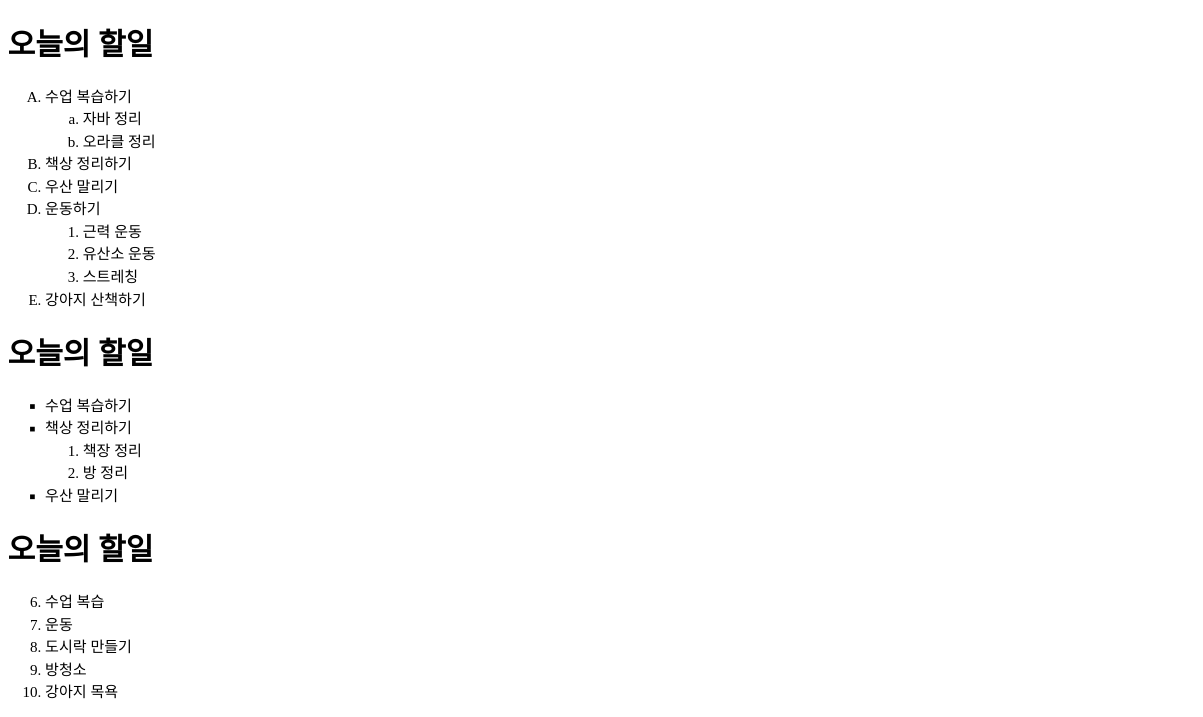
Repository: sujin9335/Front-end
Page: ClientTest/src/main/webapp/html/ex10_list.html
These files come from the project's save history. The page is drawn as it stood at one moment and after the next save; the edit follows.
The browser window is 1280 px wide. The pictures show the whole page, at 94% of full size.

Above is the page before, as saved 2023-09-20 02:18:18.

After the next save:
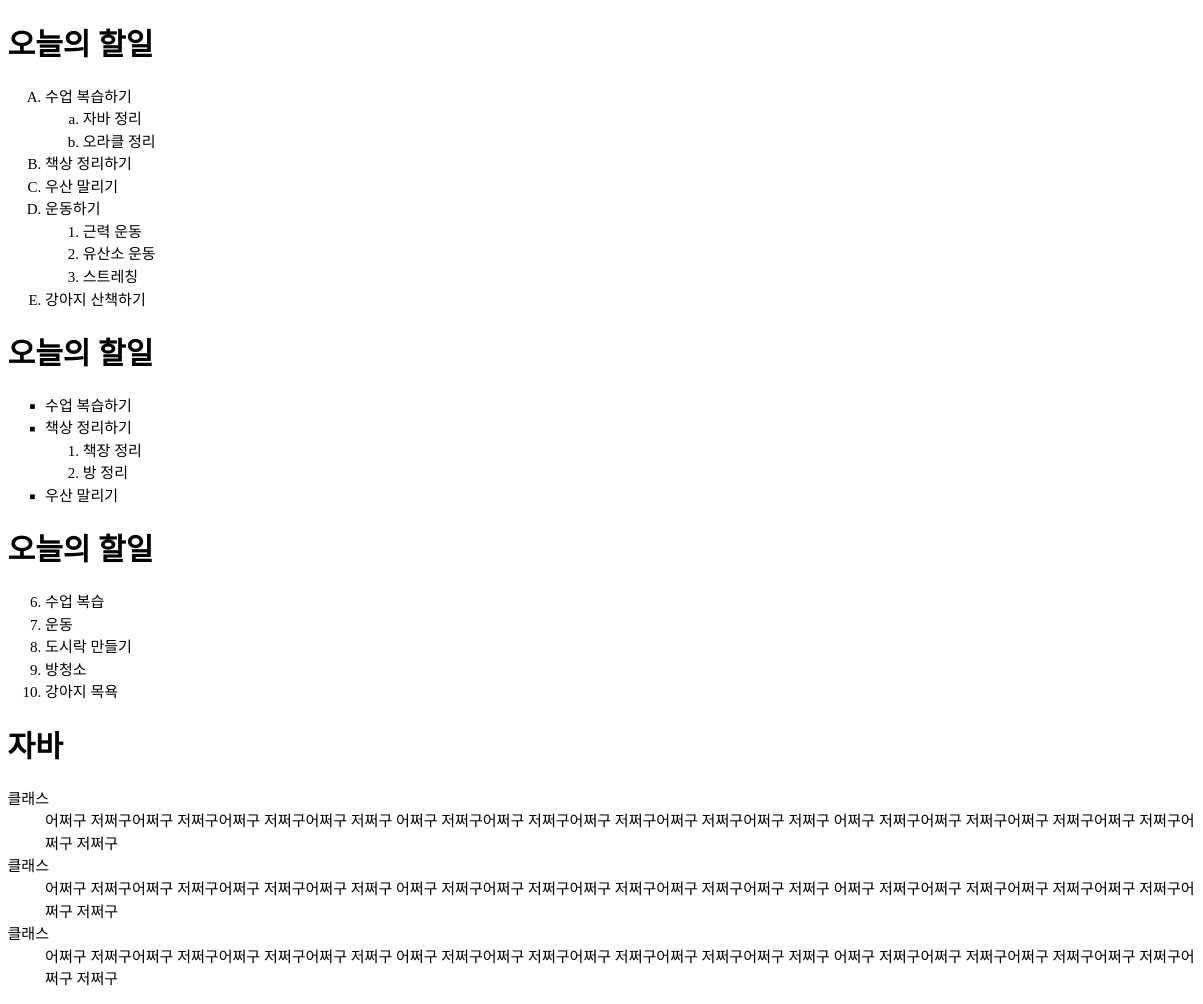
Saved 2 min 21 s later.
--- a/ClientTest/src/main/webapp/html/ex10_list.html
+++ b/ClientTest/src/main/webapp/html/ex10_list.html
@@ -78,6 +78,25 @@
 	</ol>
 
 
+	<h1>자바</h1>
+
+	<dl>
+		<dt>클래스</dt>
+		<dd>어쩌구 저쩌구어쩌구 저쩌구어쩌구 저쩌구어쩌구 저쩌구
+		어쩌구 저쩌구어쩌구 저쩌구어쩌구 저쩌구어쩌구 저쩌구어쩌구 저쩌구
+		어쩌구 저쩌구어쩌구 저쩌구어쩌구 저쩌구어쩌구 저쩌구어쩌구 저쩌구</dd>
+		<dt>클래스</dt>
+		<dd>어쩌구 저쩌구어쩌구 저쩌구어쩌구 저쩌구어쩌구 저쩌구
+		어쩌구 저쩌구어쩌구 저쩌구어쩌구 저쩌구어쩌구 저쩌구어쩌구 저쩌구
+		어쩌구 저쩌구어쩌구 저쩌구어쩌구 저쩌구어쩌구 저쩌구어쩌구 저쩌구</dd>
+		<dt>클래스</dt>
+		<dd>어쩌구 저쩌구어쩌구 저쩌구어쩌구 저쩌구어쩌구 저쩌구
+		어쩌구 저쩌구어쩌구 저쩌구어쩌구 저쩌구어쩌구 저쩌구어쩌구 저쩌구
+		어쩌구 저쩌구어쩌구 저쩌구어쩌구 저쩌구어쩌구 저쩌구어쩌구 저쩌구</dd>
+	</dl>
+
+
+
 
 </body>
 </html>
